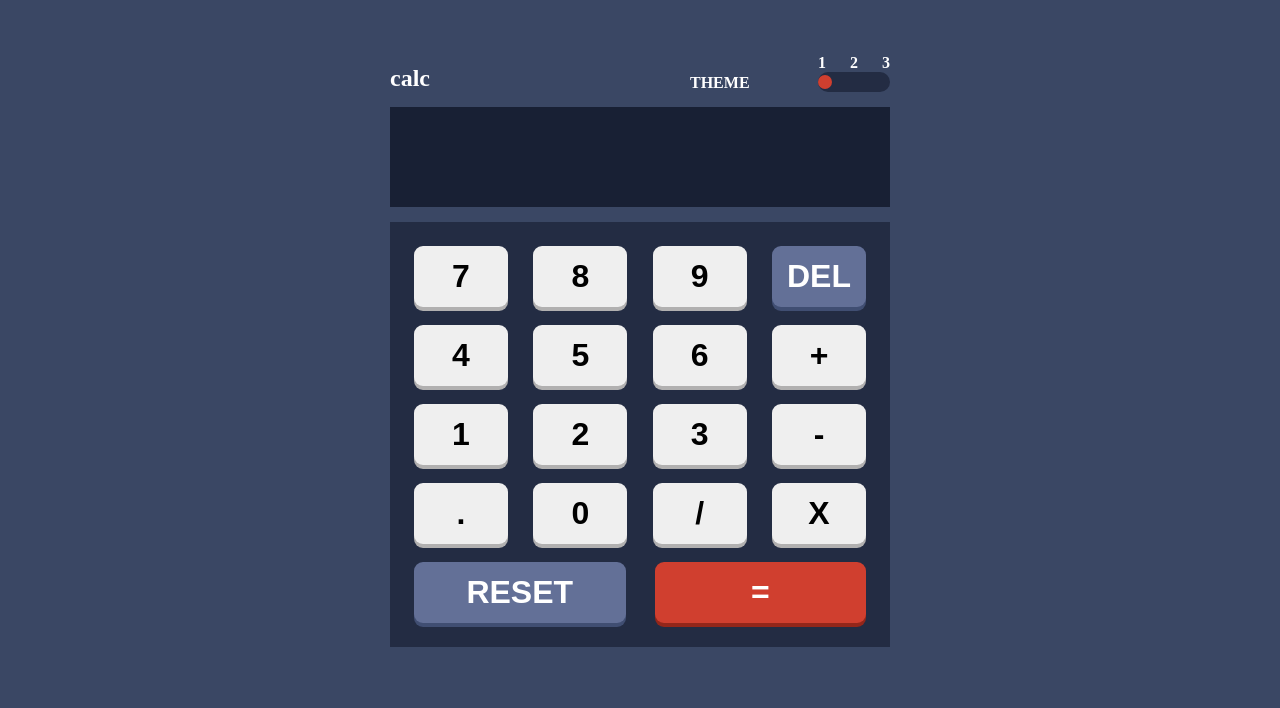
Repository: Eugene44-hub/basic-calculator
Page: index.html
These files come from the project's save history. The page is drawn as it stood at one moment and after the next save; the edit follows.
The browser window is 1280 px wide. The pictures show the whole page.

Above is the page before, as saved 2021-10-03 04:33:57.

After the next save:
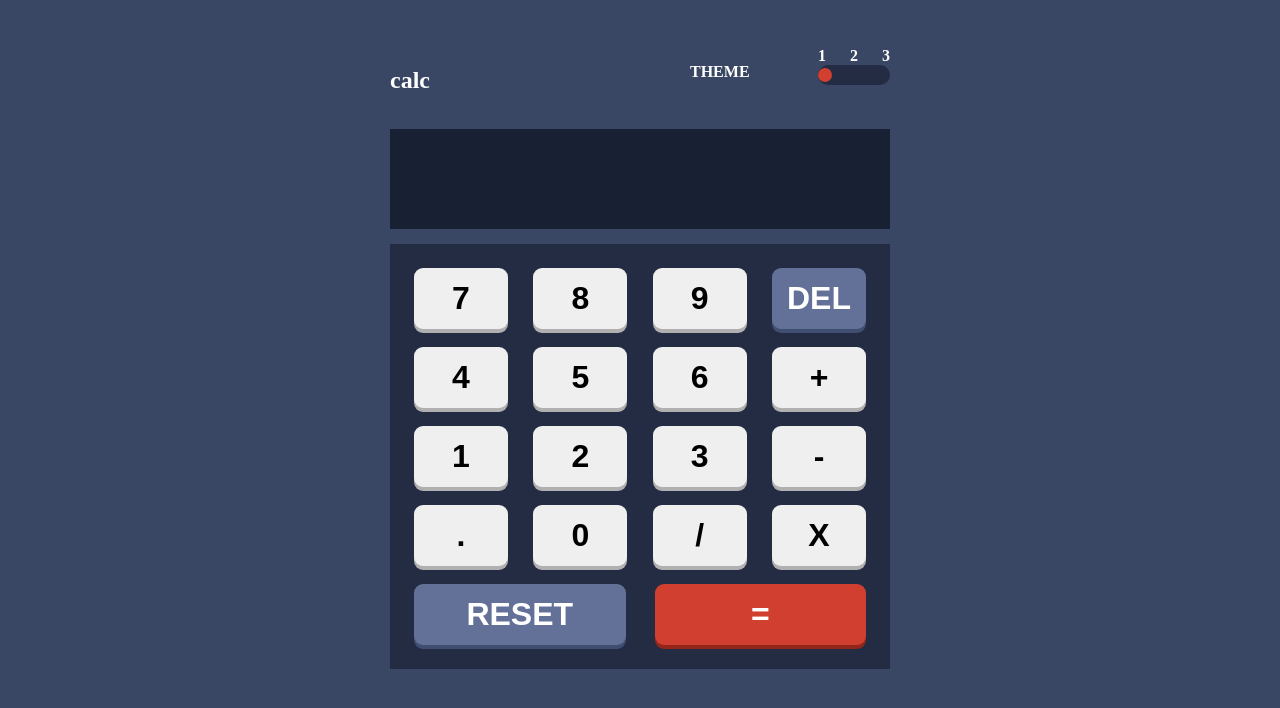
Saved 4 min 14 s later.
--- a/style.css
+++ b/style.css
@@ -1,4 +1,4 @@
-* {
+@import url('https://fonts.googleapis.com/css2?family=Spartan:wght@700&display=swap')* {
     padding: 0;
     margin: 0;
     box-sizing: border-box;

After the 2 saves that followed:
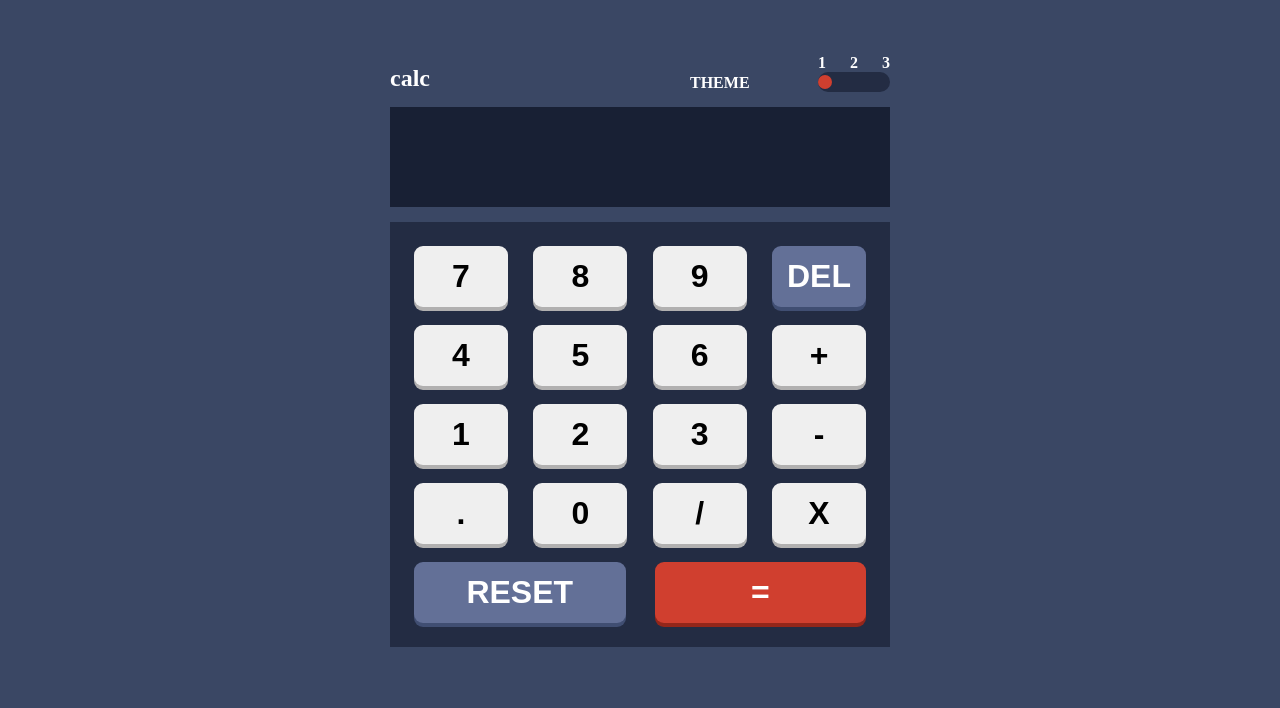
The 2 saves are shown as one change because they came seconds apart.
The last was saved 7 s later.
--- a/style.css
+++ b/style.css
@@ -1,4 +1,5 @@
-@import url('https://fonts.googleapis.com/css2?family=Spartan:wght@700&display=swap')* {
+@import url('https://fonts.googleapis.com/css2?family=Spartan:wght@700&display=swap');
+* {
     padding: 0;
     margin: 0;
     box-sizing: border-box;
